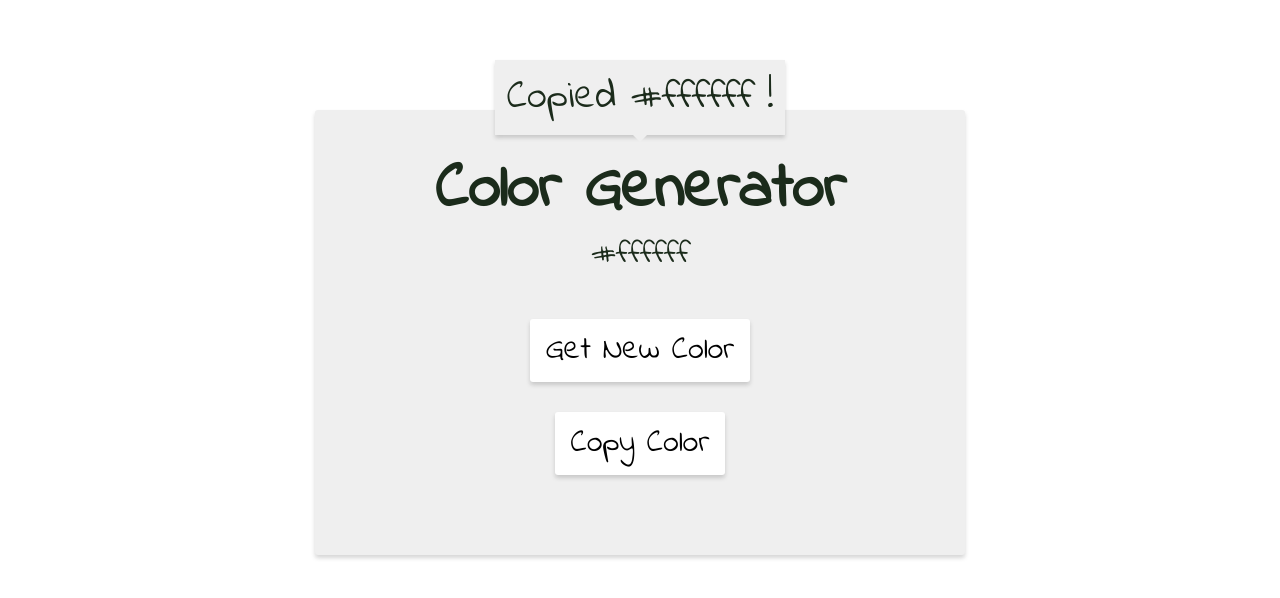
Repository: codimis/JSB-01-Color-Changer
Page: index.html
The author's editor kept a copy of each file at every save. The page is drawn from the files as they stood at one save, then again after the next save.
The browser window is 1280 px wide. The pictures show the whole page.
After loading, the first visible `#copyColor` was clicked once.

Above is the page before, as saved 2021-09-17 02:29:15.

After the next save:
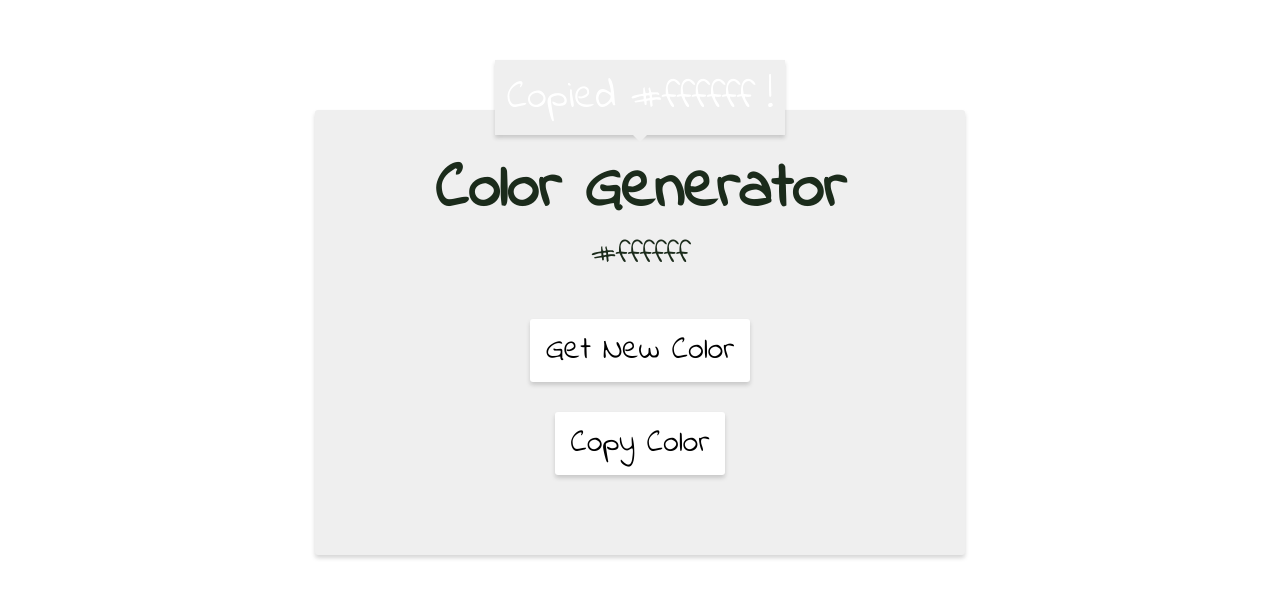
Saved 81 s later.
--- a/color.js
+++ b/color.js
@@ -36,6 +36,7 @@ const copyColor = () => {
     //to show
     const alert = document.createElement('span')
     alert.classList.add('alert')
+    alert.style.color = color
     alert.textContent = `Copied ${color} !`
     const container = document.querySelector('.container')
     container.insertAdjacentElement('afterbegin',alert)
